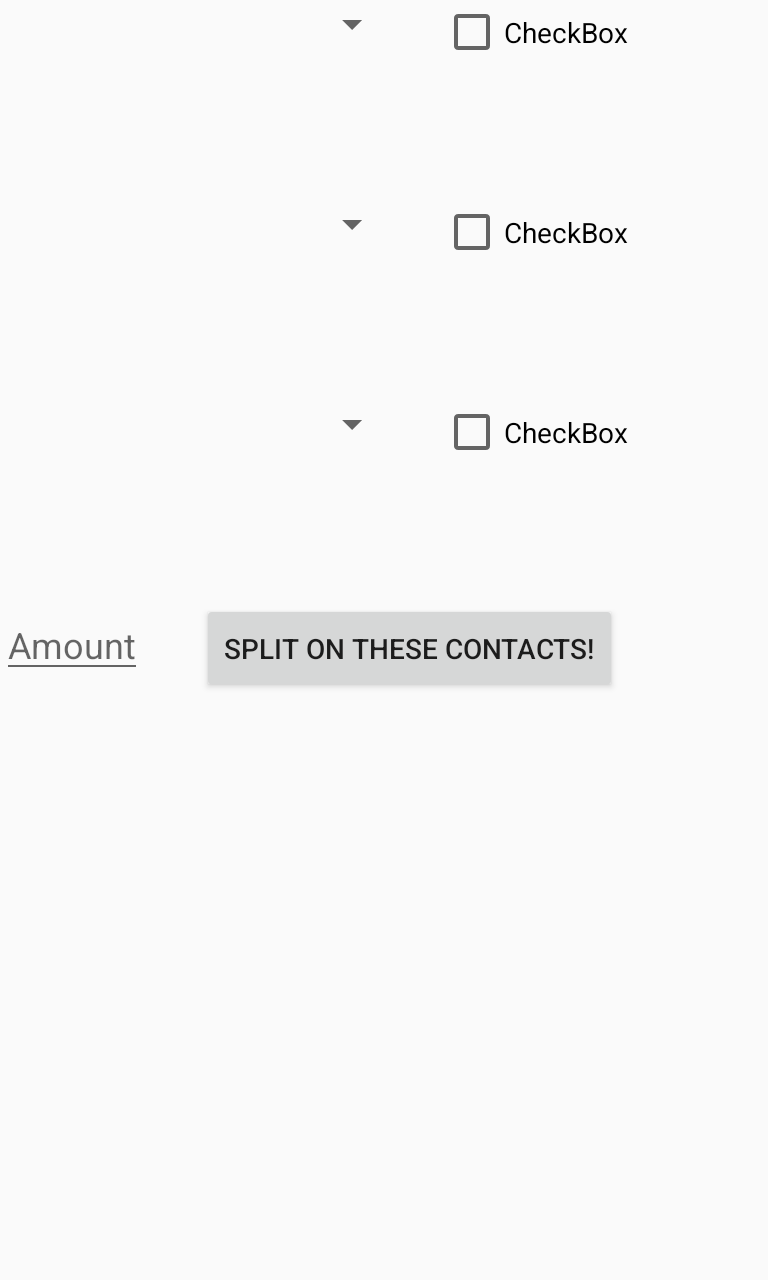
Repository: wisingd/Dajoroli
Layout: Workspace/SplitIt/res/layout/activity_split_adebt.xml
The author's editor kept a copy of each file at every save. The layout is drawn from the files as they stood at one save, then again after the next save.
It is drawn on a 768 x 1280 px phone screen (xhdpi) without system bars, with theme AppTheme; the app's code is not run.

Above is the layout before, as saved 2014-05-16 12:44:57.

After the next save:
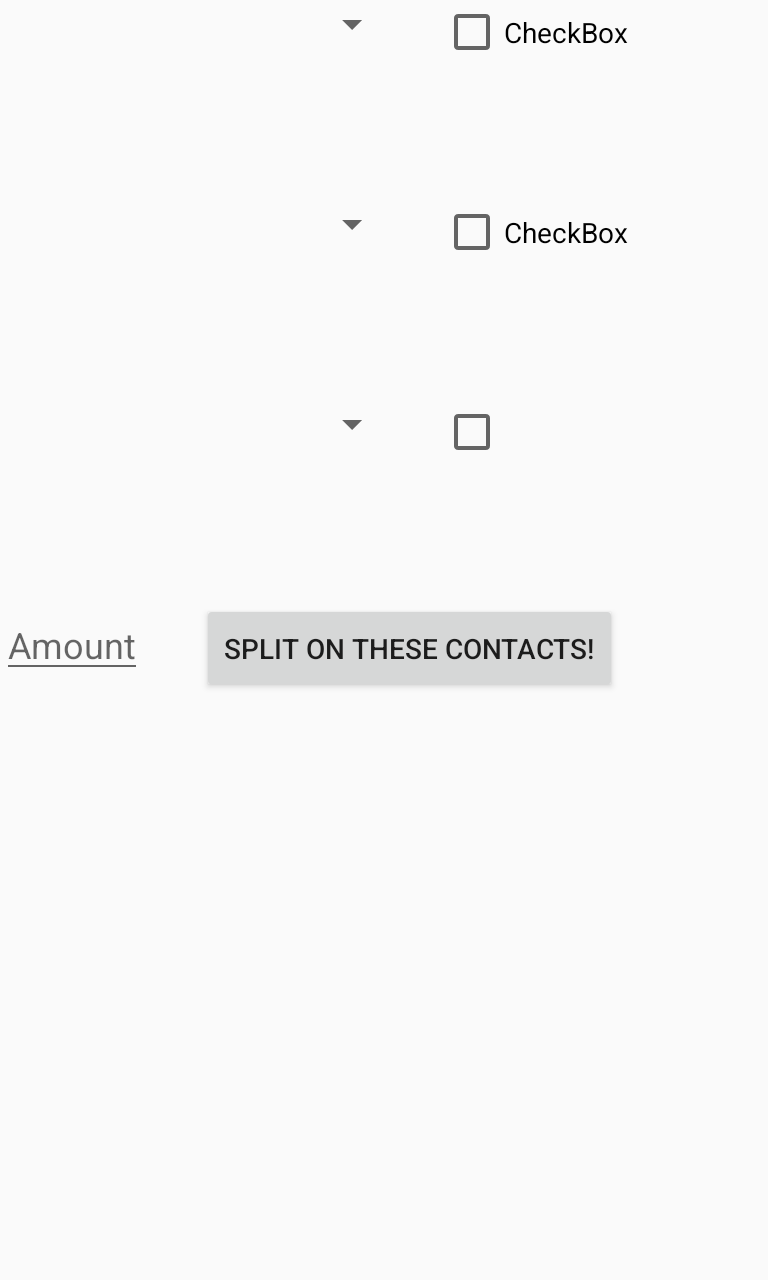
Saved 21 s later.
--- a/Workspace/SplitIt/res/layout/activity_split_adebt.xml
+++ b/Workspace/SplitIt/res/layout/activity_split_adebt.xml
@@ -60,7 +60,7 @@
         android:layout_height="wrap_content"
         android:layout_marginLeft="220dp"
         android:layout_marginTop="200dp"
-                android:text="CheckBox"
+
         />
 
 </FrameLayout>
